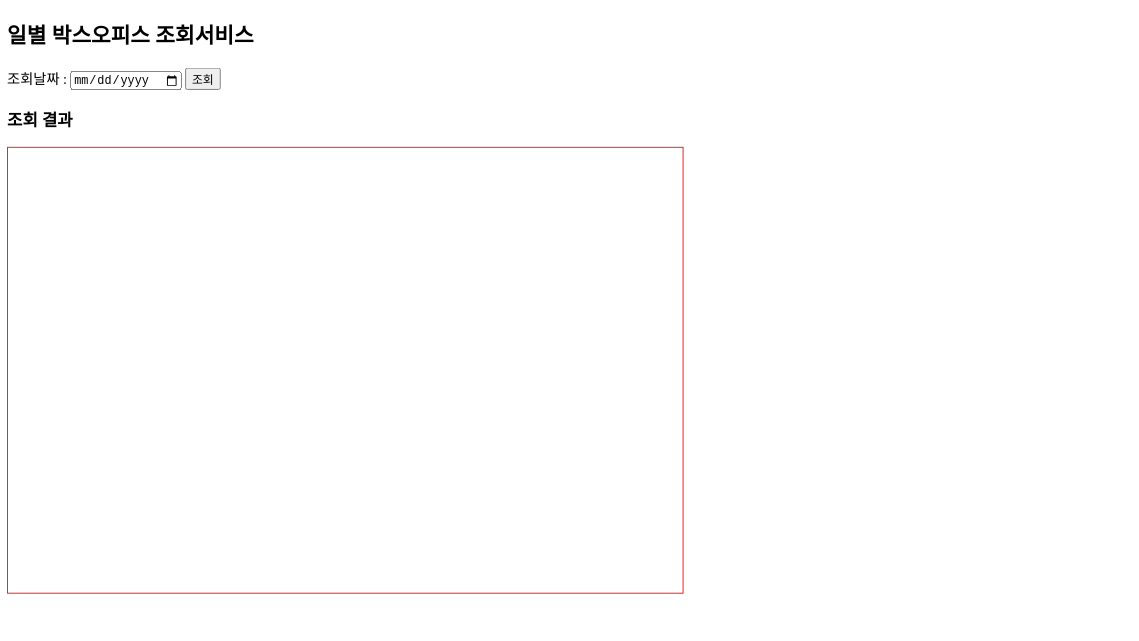
Repository: chopilyeon/JavaWeb
Page: LectureWeb/src/main/webapp/ajax/openAPI.html
These files come from the project's save history. The page is drawn as it stood at one moment and after the next save; the edit follows.
The browser window is 1280 px wide. The pictures show the whole page, at 89% of full size.

Above is the page before, as saved 2022-05-31 07:01:24.

After the next save:
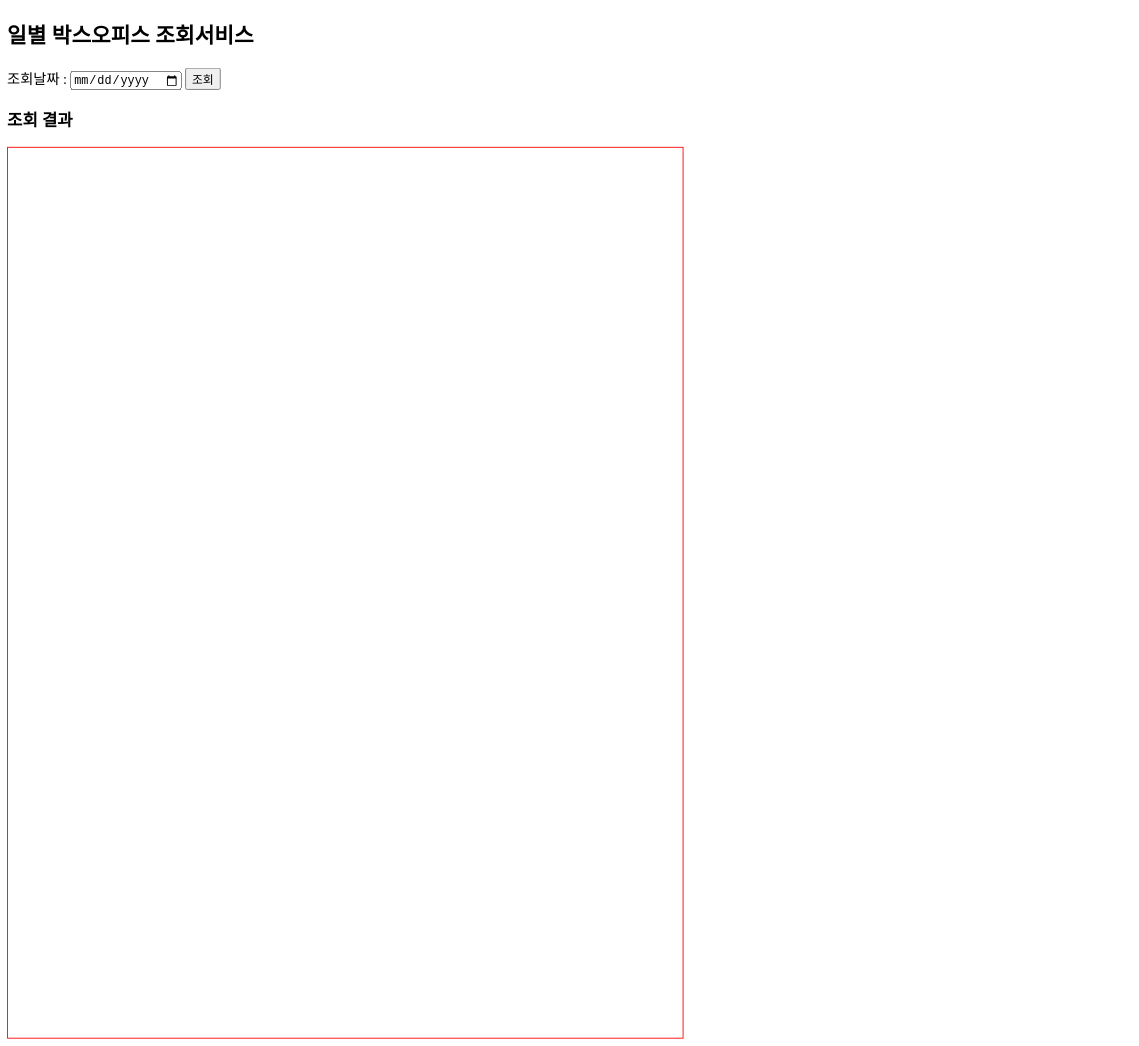
Saved 28 s later.
--- a/LectureWeb/src/main/webapp/ajax/openAPI.html
+++ b/LectureWeb/src/main/webapp/ajax/openAPI.html
@@ -6,7 +6,7 @@
  <style>
  	#searchResult{
  		width:60%;
- 		height:500px;
+ 		height:1000px;
  		border:1px solid red;
  	}
  </style>
